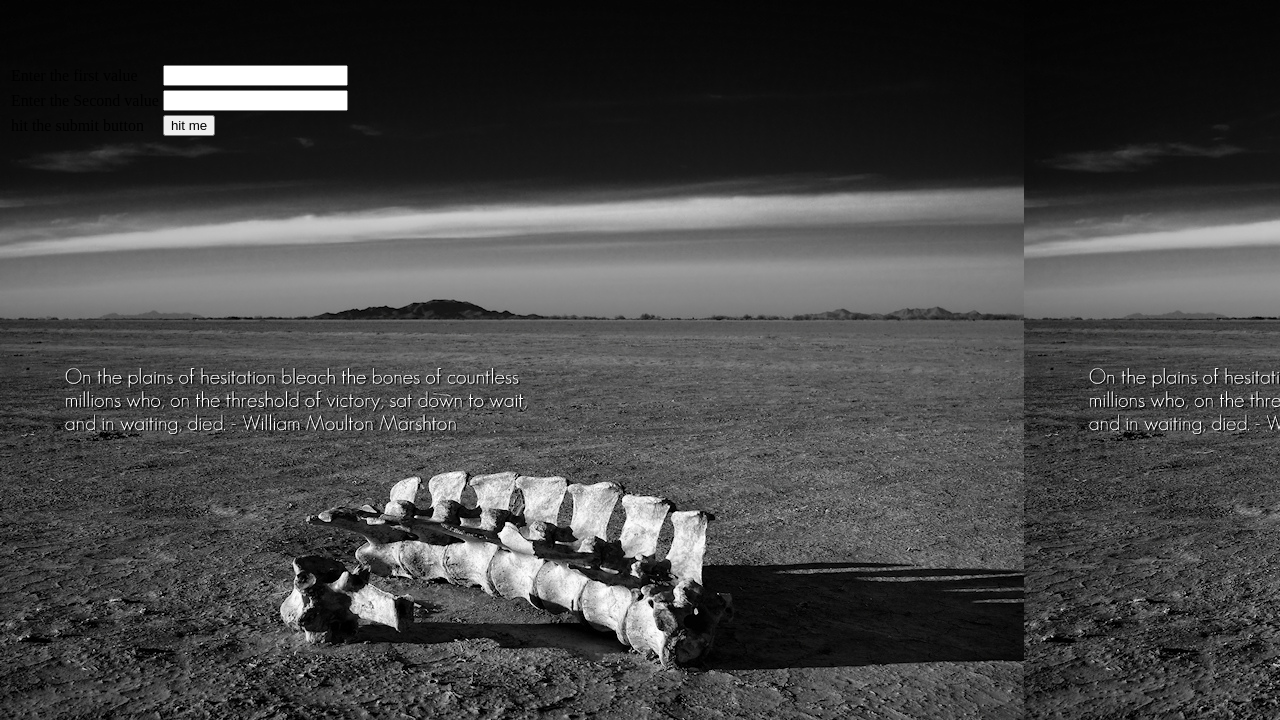
Repository: dhanasekar13/servlet
Page: mystore/war/login.html
An editor plug-in stored every save of this project. The page is shown before and after the next save, followed by the edit.
The browser window is 1280 px wide. The pictures show the whole page.

Above is the page before, as saved 2017-05-09 09:07:37.

After the next save:
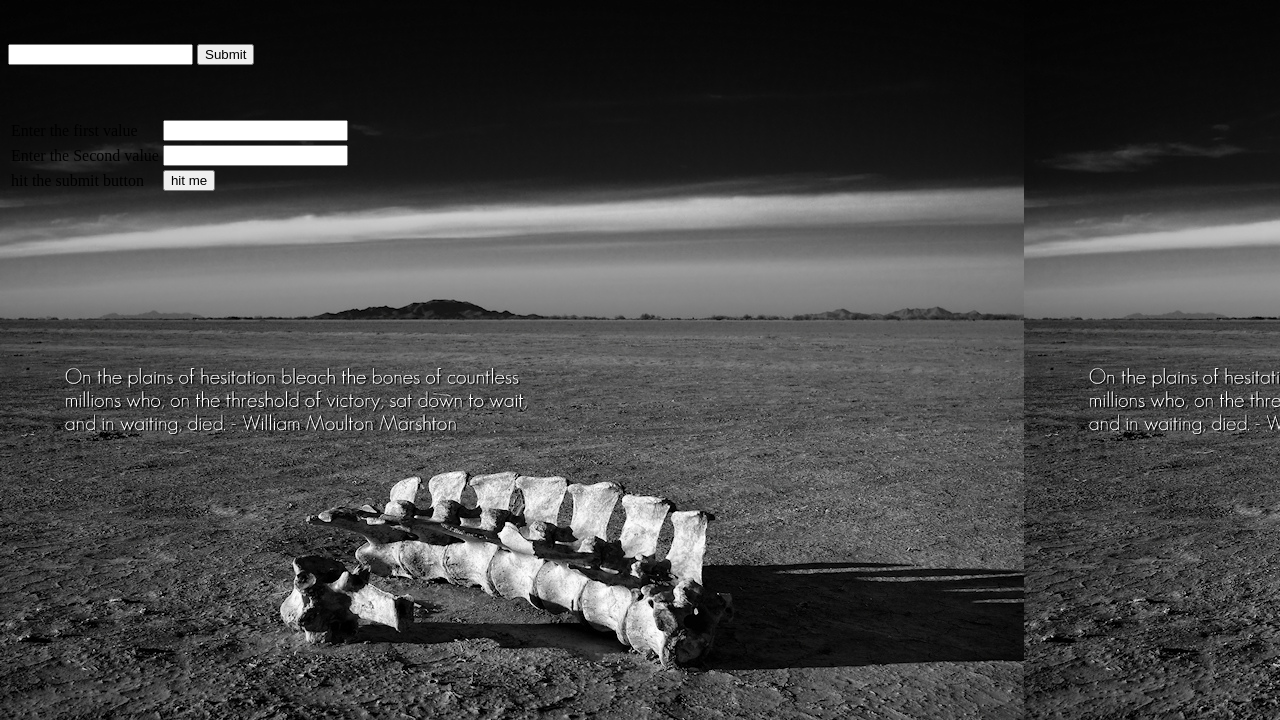
Saved 69 min 8 s later.
--- a/mystore/war/login.html
+++ b/mystore/war/login.html
@@ -4,6 +4,12 @@
 <br>
 <br>
 
+<form action="mystore" method="post">
+<right><input type="text" name="g1">
+<input type="submit" name="search">
+</right>
+</form>
+<br>
 <br>
 <form action="mystore" method="get">
 <table>
